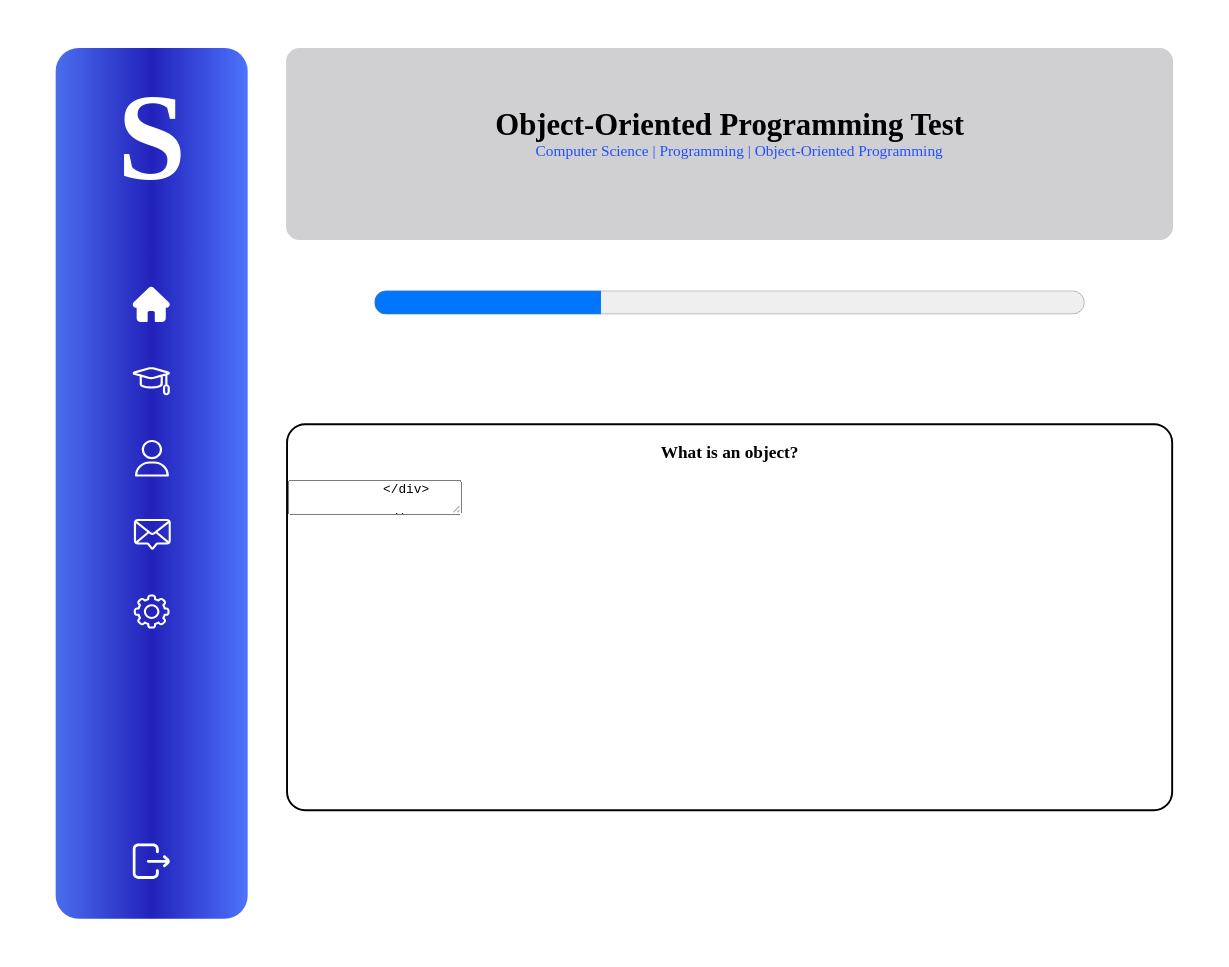
Repository: rafalzacher1/smartify-interface
Page: test.html
These files come from the project's save history. The page is drawn as it stood at one moment and after the next save; the edit follows.
The browser window is 1280 px wide. The pictures show the whole page, at 96% of full size.
Some web fonts or font styles are not loaded; a fallback is used.

Above is the page before, as saved 2022-06-30 19:30:36.

### test.html
<!DOCTYPE html>
<html lang="en">

<head>
    <link rel="stylesheet" href="./styles/home.css">
    <link rel="stylesheet" href="./styles/navigation.css">
    <link rel="stylesheet" href="./styles/search.css">
    <link rel="stylesheet" href="./styles/test.css">
    <link rel="stylesheet" href="./styles/question.css">
    <link rel="stylesheet" href="https://cdnjs.cloudflare.com/ajax/libs/font-awesome/4.7.0/css/font-awesome.min.css">
    <link href='https://fonts.googleapis.com/css?family=Baloo Bhai' rel='stylesheet'>
</head>

<body>
    <div id="main-container">
        <div id="navigation-container">
            <h1>S</h1>

            <nav id="navigation-options">
                <svg width="27" height="25" viewBox="0 0 27 25" fill="none" xmlns="http://www.w3.org/2000/svg"
                    onclick="document.location='./index.html'">
                    <path
                        d="M25.5018 10.9867C25.5012 10.9862 25.5006 10.9856 25.5 10.985L14.8668 0.890976C14.4135 0.460518 13.8109 0.223389 13.17 0.223389C12.529 0.223389 11.9264 0.460329 11.473 0.890787L0.845318 10.9797C0.841738 10.9831 0.838158 10.9867 0.834579 10.9901C-0.0961545 11.8788 -0.0945635 13.3206 0.839153 14.207C1.26574 14.6122 1.82915 14.8469 2.43154 14.8714C2.456 14.8737 2.48066 14.8748 2.50552 14.8748H2.92932V22.3034C2.92932 23.7734 4.1892 24.9694 5.73803 24.9694H9.89809C10.3197 24.9694 10.6618 24.6449 10.6618 24.2444V18.4204C10.6618 17.7496 11.2365 17.204 11.9431 17.204H14.3968C15.1034 17.204 15.6782 17.7496 15.6782 18.4204V24.2444C15.6782 24.6449 16.02 24.9694 16.4419 24.9694H20.6019C22.1508 24.9694 23.4106 23.7734 23.4106 22.3034V14.8748H23.8036C24.4444 14.8748 25.047 14.6379 25.5006 14.2074C26.4353 13.3195 26.4357 11.8752 25.5018 10.9867V10.9867Z"
                        fill="white" />
                </svg>

                <svg width="29" height="22" viewBox="0 0 29 22" fill="none" xmlns="http://www.w3.org/2000/svg">
                    <path
                        d="M26.4228 13.5237V6.40629L26.734 6.31764C27.9305 5.97676 28.1816 5.39965 28.1816 4.97552C28.1816 4.55139 27.9304 3.97428 26.734 3.63356L16.4958 0.717713C15.8653 0.538127 15.0388 0.43924 14.1689 0.43924C13.299 0.43924 12.4726 0.538127 11.8419 0.717713L1.60382 3.63356C0.407257 3.97428 0.156067 4.55139 0.156067 4.97557C0.156067 5.3997 0.407202 5.97686 1.60376 6.31769L5.43281 7.4082V13.2841C5.43281 14.0138 5.93239 15.0416 8.31243 15.7947C9.88887 16.2936 11.9687 16.5683 14.1688 16.5683C16.3689 16.5683 18.4487 16.2936 20.0252 15.7947C22.4053 15.0415 22.9049 14.0138 22.9049 13.2841V7.40825L24.7806 6.87402V13.5237C23.7595 13.8501 23.0217 14.767 23.0217 15.8451V19.1846C23.0217 20.5351 24.179 21.6338 25.6017 21.6338C27.0242 21.6338 28.1816 20.5351 28.1816 19.1846V15.8451C28.1817 14.767 27.4439 13.8501 26.4228 13.5237ZM12.3137 2.21089C12.7886 2.07563 13.4647 1.9981 14.1689 1.9981C14.873 1.9981 15.5492 2.07563 16.024 2.21084L25.7315 4.97557L21.8438 6.08282C21.8416 6.08349 21.8394 6.08406 21.8372 6.08474L16.024 7.74036C15.5493 7.87556 14.8731 7.95309 14.169 7.95309C13.4649 7.95309 12.7886 7.87556 12.3138 7.74036L6.50073 6.08474C6.49849 6.08406 6.4963 6.08349 6.49405 6.08282L2.60639 4.97557L12.3137 2.21089ZM21.2629 11.2372C21.2629 13.3846 20.9647 13.8541 19.506 14.3157C18.0926 14.763 16.1971 15.0093 14.1689 15.0093C12.1406 15.0093 10.2452 14.763 8.83178 14.3157C7.37313 13.8541 7.07493 13.3845 7.07493 13.2841V7.87582L11.842 9.23348C12.4726 9.41307 13.299 9.51196 14.1689 9.51196C15.0388 9.51196 15.8652 9.41307 16.4959 9.23348L21.2629 7.87582V11.2372ZM26.5395 19.1845C26.5395 19.6754 26.1188 20.0748 25.6017 20.0748C25.0846 20.0748 24.6639 19.6755 24.6639 19.1845V15.845C24.6639 15.3541 25.0846 14.9546 25.6017 14.9546C26.1189 14.9546 26.5395 15.3541 26.5395 15.845V19.1845Z"
                        fill="white" />
                </svg>

                <svg width="24" height="26" viewBox="0 0 24 26" fill="none" xmlns="http://www.w3.org/2000/svg">
                    <path
                        d="M12.1698 0.827911C8.37379 0.827911 5.28546 3.75975 5.28546 7.36343C5.28546 10.9671 8.37379 13.899 12.1698 13.899C15.9659 13.899 19.0542 10.9671 19.0542 7.36343C19.0542 3.75975 15.9659 0.827911 12.1698 0.827911ZM12.1698 12.4466C9.21735 12.4466 6.81532 10.1663 6.81532 7.36343C6.81532 4.56057 9.21735 2.28025 12.1698 2.28025C15.1223 2.28025 17.5243 4.56057 17.5243 7.36343C17.5243 10.1663 15.1223 12.4466 12.1698 12.4466Z"
                        fill="white" />
                    <path
                        d="M20.7353 18.1686C18.8505 16.3518 16.3519 15.3513 13.6997 15.3513H10.64C7.98784 15.3513 5.48917 16.3518 3.60439 18.1686C1.72883 19.9765 0.695923 22.3628 0.695923 24.8883C0.695923 25.2894 1.03841 25.6145 1.46085 25.6145H22.8789C23.3013 25.6145 23.6438 25.2894 23.6438 24.8883C23.6438 22.3628 22.6109 19.9765 20.7353 18.1686ZM2.25944 24.1621C2.64267 20.043 6.25497 16.8036 10.64 16.8036H13.6997C18.0848 16.8036 21.6971 20.043 22.0803 24.1621H2.25944Z"
                        fill="white" />
                </svg>


                <svg width="27" height="23" viewBox="0 0 27 23" fill="none" xmlns="http://www.w3.org/2000/svg">
                    <path
                        d="M24.1913 0.381134H3.77551C2.23533 0.381134 0.9823 1.57067 0.9823 3.0328V15.7608C0.9823 17.223 2.23533 18.4125 3.77551 18.4125H10.353C10.4332 18.4125 10.5096 18.4491 10.5573 18.5105L12.957 21.5991C13.1975 21.9087 13.5678 22.0872 13.9729 22.089H13.979C14.3819 22.089 14.7514 21.9139 14.9937 21.608L17.4479 18.5087C17.4956 18.4484 17.5715 18.4124 17.6509 18.4124H24.1913C25.7315 18.4124 26.9845 17.2229 26.9845 15.7608V3.03276C26.9845 1.57063 25.7315 0.381134 24.1913 0.381134ZM25.4609 15.7608C25.4609 15.8747 25.4439 15.9848 25.4127 16.0892L17.5863 9.57636L25.4609 3.37251V15.7608ZM24.1913 1.8275C24.4235 1.8275 24.6413 1.88728 24.8287 1.99108L14.7964 9.8948C14.3265 10.265 13.6446 10.265 13.1747 9.8948L3.14064 1.98969C3.32753 1.88675 3.54433 1.8275 3.77551 1.8275H24.1913ZM2.55416 16.0892C2.52293 15.9848 2.50587 15.8747 2.50587 15.7608V3.36913L10.3826 9.57457L2.55416 16.0892ZM16.2301 17.6396L13.9808 20.4801L11.7834 17.6519C11.4498 17.2225 10.915 16.9661 10.3529 16.9661H3.81172L11.5698 10.5099L12.2017 11.0078C12.7186 11.415 13.3519 11.6185 13.9855 11.6185C14.6189 11.6185 15.2525 11.4148 15.7693 11.0078L16.399 10.5117L24.155 16.9661H17.6509C17.0952 16.9661 16.5641 17.2178 16.2301 17.6396Z"
                        fill="white" />
                </svg>

                <svg width="28" height="25" viewBox="0 0 28 25" fill="none" xmlns="http://www.w3.org/2000/svg">
                    <path
                        d="M14.8013 24.9227H13.1654C11.8422 24.9227 10.7657 23.9008 10.7657 22.6447V22.1193C10.2032 21.9486 9.65665 21.7333 9.13159 21.4753L8.73937 21.8477C7.7894 22.7506 6.2677 22.7241 5.34533 21.8473L4.18907 20.7497C3.26507 19.8735 3.23849 18.4294 4.18937 17.5277L4.58129 17.1556C4.30958 16.6571 4.08276 16.1384 3.90299 15.6043H3.34958C2.02648 15.6043 0.949951 14.5823 0.949951 13.3262V11.7731C0.949951 10.517 2.02648 9.4951 3.34963 9.4951H3.90304C4.08281 8.96103 4.30963 8.44223 4.58134 7.94378L4.18912 7.57148C3.2388 6.67028 3.26502 5.22602 4.18942 4.34942L5.34579 3.2517C6.2703 2.37283 7.79164 2.35089 8.73978 3.25199L9.13165 3.624C9.6567 3.3661 10.2032 3.15073 10.7658 2.98007V2.4547C10.7658 1.1986 11.8422 0.176666 13.1654 0.176666H14.8014C16.1245 0.176666 17.201 1.1986 17.201 2.4547V2.98012C17.7636 3.15073 18.3101 3.3661 18.8351 3.62405L19.2274 3.2517C20.1773 2.34876 21.699 2.37525 22.6214 3.25204L23.7777 4.34966C24.7017 5.22587 24.7283 6.66999 23.7774 7.57172L23.3854 7.94378C23.6572 8.44223 23.884 8.96098 24.0637 9.4951H24.6172C25.9403 9.4951 27.0168 10.517 27.0168 11.7731V13.3262C27.0168 14.5823 25.9403 15.6043 24.6172 15.6043H24.0637C23.884 16.1383 23.6572 16.6571 23.3854 17.1556L23.7777 17.5279C24.728 18.4291 24.7018 19.8734 23.7774 20.75L22.621 21.8477C21.6965 22.7266 20.1751 22.7485 19.227 21.8474L18.8351 21.4754C18.3101 21.7333 17.7636 21.9487 17.201 22.1193V22.6448C17.201 23.9008 16.1245 24.9227 14.8013 24.9227V24.9227ZM9.38692 19.9527C10.1163 20.3622 10.9014 20.6716 11.7203 20.8722C12.0575 20.9548 12.2931 21.2436 12.2931 21.5742V22.6447C12.2931 23.1013 12.6845 23.4727 13.1654 23.4727H14.8014C15.2824 23.4727 15.6737 23.1013 15.6737 22.6447V21.5742C15.6737 21.2436 15.9093 20.9548 16.2466 20.8722C17.0655 20.6716 17.8505 20.3622 18.5799 19.9527C18.8801 19.7842 19.2621 19.8301 19.5087 20.0641L20.3074 20.8224C20.6518 21.1497 21.2048 21.1421 21.5407 20.8227L22.6978 19.7243C23.0329 19.4066 23.0441 18.8815 22.6981 18.5535L21.899 17.7949C21.6525 17.5609 21.6042 17.1981 21.7817 16.9133C22.213 16.2208 22.5389 15.4756 22.7502 14.6981C22.8373 14.378 23.1414 14.1544 23.4897 14.1544H24.6172C25.0982 14.1544 25.4895 13.7829 25.4895 13.3263V11.7732C25.4895 11.3166 25.0982 10.9451 24.6172 10.9451H23.4897C23.1414 10.9451 22.8373 10.7214 22.7502 10.4013C22.5389 9.6239 22.213 8.87862 21.7817 8.18622C21.6042 7.90135 21.6525 7.53857 21.899 7.30454L22.6978 6.54626C23.0431 6.21886 23.0341 5.69397 22.6981 5.37541L21.5411 4.27707C21.2058 3.95827 20.6527 3.94894 20.3078 4.27678L19.5088 5.03535C19.2622 5.26942 18.88 5.31524 18.58 5.14675C17.8506 4.73724 17.0655 4.42786 16.2466 4.22724C15.9094 4.14464 15.6738 3.8559 15.6738 3.52526V2.4547C15.6738 1.99811 15.2824 1.62663 14.8014 1.62663H13.1655C12.6845 1.62663 12.2932 1.99811 12.2932 2.4547V3.52516C12.2932 3.8558 12.0576 4.14454 11.7203 4.22714C10.9014 4.42777 10.1164 4.73714 9.38697 5.14666C9.08679 5.3151 8.7047 5.26928 8.45818 5.03525L7.65948 4.27697C7.31511 3.94966 6.76205 3.95725 6.42619 4.27663L5.26911 5.37503C4.93401 5.69276 4.92281 6.21779 5.26881 6.54587L6.06787 7.30445C6.31438 7.53847 6.36265 7.90125 6.18522 8.18612C5.75385 8.87852 5.42801 9.62381 5.21667 10.4012C5.12961 10.7214 4.82547 10.945 4.47723 10.945H3.34963C2.86867 10.9451 2.47731 11.3165 2.47731 11.7731V13.3262C2.47731 13.7828 2.86867 14.1543 3.34963 14.1543H4.47718C4.82547 14.1543 5.12956 14.378 5.21662 14.6981C5.42796 15.4755 5.75385 16.2208 6.18517 16.9132C6.3626 17.1981 6.31433 17.5609 6.06782 17.7949L5.26906 18.5532C4.92378 18.8806 4.93279 19.4055 5.26876 19.724L6.42573 20.8224C6.76109 21.1412 7.31419 21.1505 7.65907 20.8226L8.45808 20.0641C8.63974 19.8917 9.01765 19.7454 9.38692 19.9527V19.9527Z"
                        fill="white" />
                    <path
                        d="M13.9834 17.9339C10.856 17.9339 8.31177 15.5185 8.31177 12.5497C8.31177 9.58082 10.856 7.16547 13.9834 7.16547C17.1107 7.16547 19.6549 9.58082 19.6549 12.5497C19.6549 15.5185 17.1107 17.9339 13.9834 17.9339ZM13.9834 8.61543C11.6982 8.61543 9.83912 10.3803 9.83912 12.5497C9.83912 14.719 11.6982 16.4839 13.9834 16.4839C16.2685 16.4839 18.1276 14.719 18.1276 12.5497C18.1276 10.3803 16.2685 8.61543 13.9834 8.61543Z"
                        fill="white" />
                </svg>


                <svg id="logout" width="27" height="26" viewBox="0 0 27 26" fill="none"
                    xmlns="http://www.w3.org/2000/svg">
                    <path
                        d="M18.5379 19.6672V21.6084C18.5379 23.7492 16.7034 25.4907 14.4484 25.4907H4.1734C1.91837 25.4907 0.0838623 23.7492 0.0838623 21.6084V4.52618C0.0838623 2.38541 1.91837 0.64386 4.1734 0.64386H14.4484C16.7034 0.64386 18.5379 2.38541 18.5379 4.52618V6.46734C18.5379 7.00343 18.0802 7.43792 17.5155 7.43792C16.9508 7.43792 16.4932 7.00343 16.4932 6.46734V4.52618C16.4932 3.45589 15.5758 2.58502 14.4484 2.58502H4.1734C3.04598 2.58502 2.12863 3.45589 2.12863 4.52618V21.6084C2.12863 22.6787 3.04598 23.5495 4.1734 23.5495H14.4484C15.5758 23.5495 16.4932 22.6787 16.4932 21.6084V19.6672C16.4932 19.1311 16.9508 18.6966 17.5155 18.6966C18.0802 18.6966 18.5379 19.1311 18.5379 19.6672ZM25.5083 11.4L23.2189 9.22667C22.8196 8.84753 22.1722 8.84753 21.773 9.22667C21.3736 9.60561 21.3736 10.2202 21.773 10.5991L23.4014 12.1452H11.1256C10.5609 12.1452 10.1032 12.5797 10.1032 13.1158C10.1032 13.6519 10.5609 14.0864 11.1256 14.0864H23.4014L21.773 15.6325C21.3736 16.0114 21.3736 16.626 21.773 17.005C21.9727 17.1945 22.2343 17.2893 22.4959 17.2893C22.7577 17.2893 23.0192 17.1945 23.2189 17.005L25.5083 14.8316C26.5049 13.8854 26.5049 12.3462 25.5083 11.4Z"
                        fill="white" />
                </svg>
            </nav>
        </div>

        <div id="test-container">
            <div id="test-container-header">
                <h1>Object-Oriented Programming Test</h1>
                <p>Computer Science | Programming | Object-Oriented Programming</p>
            </div>
        </div>

        <div id="question-container">
            <div id="progress">
                <progress id="questions" value="32" max="100"> 32% </progress>
            </div>

            <div id="question">
                <h3>What is an object?</h3>

                <textarea name="question" type="text">
            </div>

            <div id="progress-container">
                <button id="question-button" class="question-option"
                    onclick="document.location='./topic.html'">Subtopics</button>
            </div>
        </div>
    </div>
</body>

</html>

<!-- Answer -->
<!--
    An object is a single instance of a class; it is created by invoking the constructors of the class. Class exists in source temporal scope and objects exist in run-time temporal scope.
 -->
 <!-- https://www.grin.com/document/423537 -->

### styles/home.css
#main-container {
    display: grid;
    grid-template-columns: 2fr 8fr 4fr;
    grid-template-rows: 200px 200px 200px;
    gap: 40px;
    margin: 50px;
}

### styles/navigation.css
#navigation-container {
  font-family: "Baloo Bhai";
  font-size: 26px;
  background: rgb(32, 80, 251);
  background: linear-gradient(
    90deg,
    rgba(30, 74, 233, 0.8) 0%,
    rgba(10, 10, 180, 0.9) 50%,
    rgba(32, 80, 251, 0.8) 100%
  );
  border-radius: 24px;
  width: 200px;
  height: 100%;
  text-align: center;
  display: inline-block;
  grid-column: 1;
  grid-row: 1 / 5;
}

#navigation-container h1 {
  font-family: "Baloo Bhai";
  font-size: 128px;
  color: #ffffff;
  margin: 0;
  padding-top: 20px;
  padding-bottom: 60px;
}

#navigation-options svg {
  margin-left: auto;
  margin-right: auto;
  display: block;
  padding: 20px;
  height: 40px;
  width: 40px;
}

#navigation-options svg:hover {
  opacity: 0.4;
  cursor: pointer;
}

#logout {
  margin-top: 180px;
  margin-bottom: 20px;
}

### styles/search.css
#search-container {
  grid-column: 3;
  grid-row: 1;
}

#search-container h2 {
  font-family: "Baloo Bhai";
  font-size: 16px;
}

form.example input[type="text"] {
  padding: 10px;
  font-size: 17px;
  border: 1px solid grey;
  float: left;
  width: 70%;
  background: #f1f1f1;
  border-radius: 15px 0 0 15px;
  font-family: "Baloo Bhai";
  font-size: 32px;
}

form.example button {
  float: left;
  width: 20%;
  padding: 10px;
  background: #2050fb;
  opacity: 0.6;
  color: white;
  font-size: 17px;
  border: 1px solid grey;
  border-left: none;
  cursor: pointer;
  border-radius: 0 15px 15px 0;
  font-family: "Baloo Bhai";
  font-size: 32px;
  box-sizing: border-box;
}

form.example button:hover {
  opacity: 1;
}

form.example::after {
  content: "";
  clear: both;
  display: table;
}

### styles/test.css
#test-container {
  grid-column: 2 / 4;
  grid-row: 1;
  background-color: #d0d0d3;
  border-radius: 14px;
}

#test-container h1 {
  font-family: "Baloo Bhai";
  font-size: 32px;
  margin-bottom: 0;
}

#test-container p {
  color: #2050fb;
  font-family: "Baloo Bhai";
  font-size: 16px;
  margin-top: 0;
  padding-left: 20px;
}

#test-container-header {
  text-align: center;
  margin-top: 62px;
  margin-bottom: 62px;
}

### styles/question.css
#question-container {
  grid-column: 2 / 4;
  grid-row: 2 / 5;
}

#progress {
  width: 80%;
  margin-left: auto;
  margin-right: auto;
}

.question-option,
input[type="submit"],
input[type="reset"] {
  background: none;
  color: inherit;
  border: none;
  padding: 0;
  font: inherit;
  cursor: pointer;
  outline: inherit;
  width: 30%;
  font-family: "Baloo Bhai";
  font-size: 18px;
}

#question {
    margin-top: 100px;
    height: 400px;
    border: 2px solid #000000;
    border-radius: 20px;
}

#progress-container {
    text-align: center;
}

#question-button {
  width: 120px;
  margin: 30px 20px;
  border-radius: 8px;
  padding: 15px;
  background-color: rgba(32, 80, 251, 0.6);
}

#question-button:hover {
  background-color: rgba(32, 80, 251, 1);
}

#questions {
  width: 100%;
  height: 50px;
}

#question h3 {
    text-align: center;
    font-family: "Baloo Bhai";
    font-size: 18px;
}

After the next save:
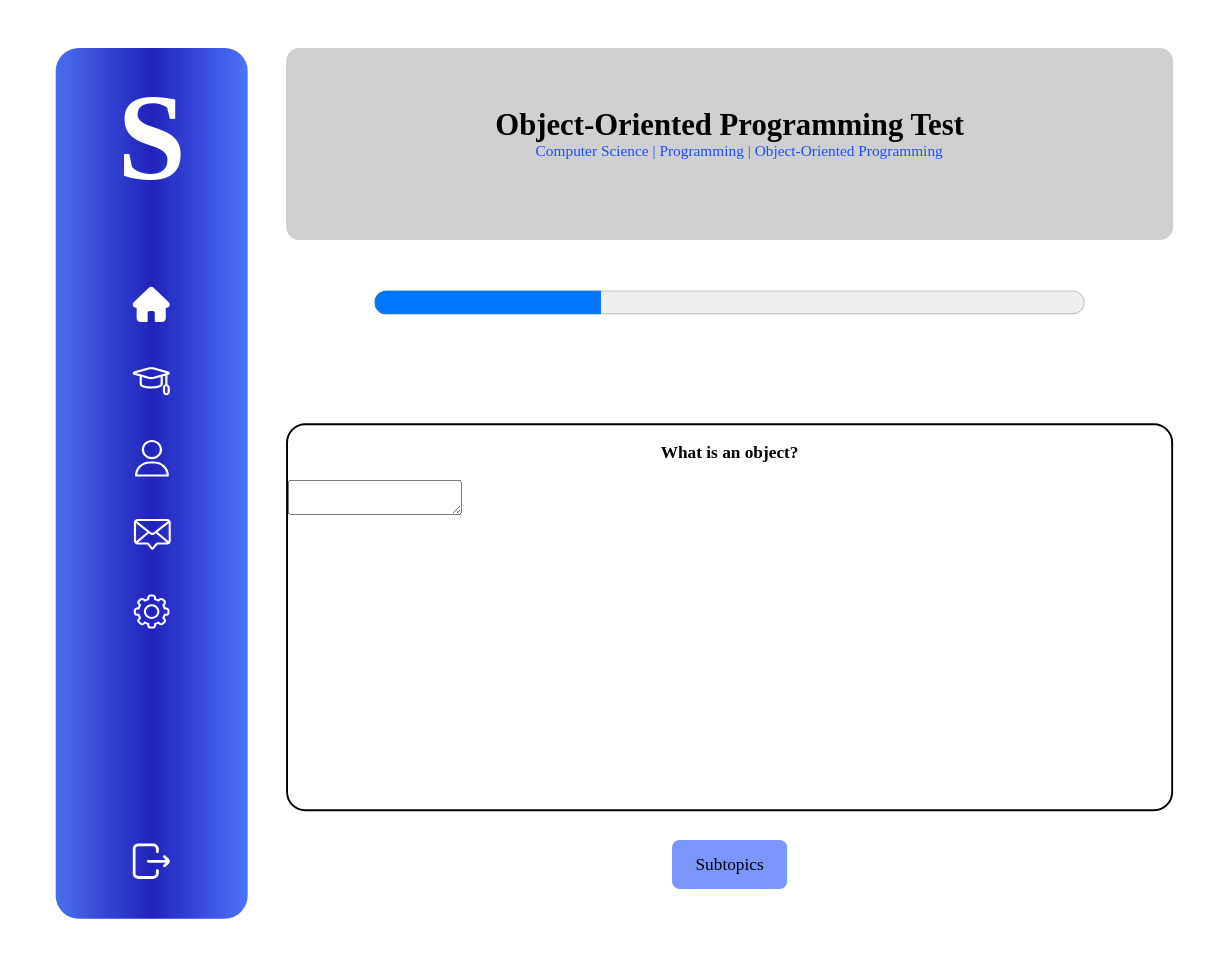
Saved 17 s later.
--- a/test.html
+++ b/test.html
@@ -80,7 +80,7 @@
             <div id="question">
                 <h3>What is an object?</h3>
 
-                <textarea name="question" type="text">
+                <textarea name="question" type="text"></textarea>
             </div>
 
             <div id="progress-container">
